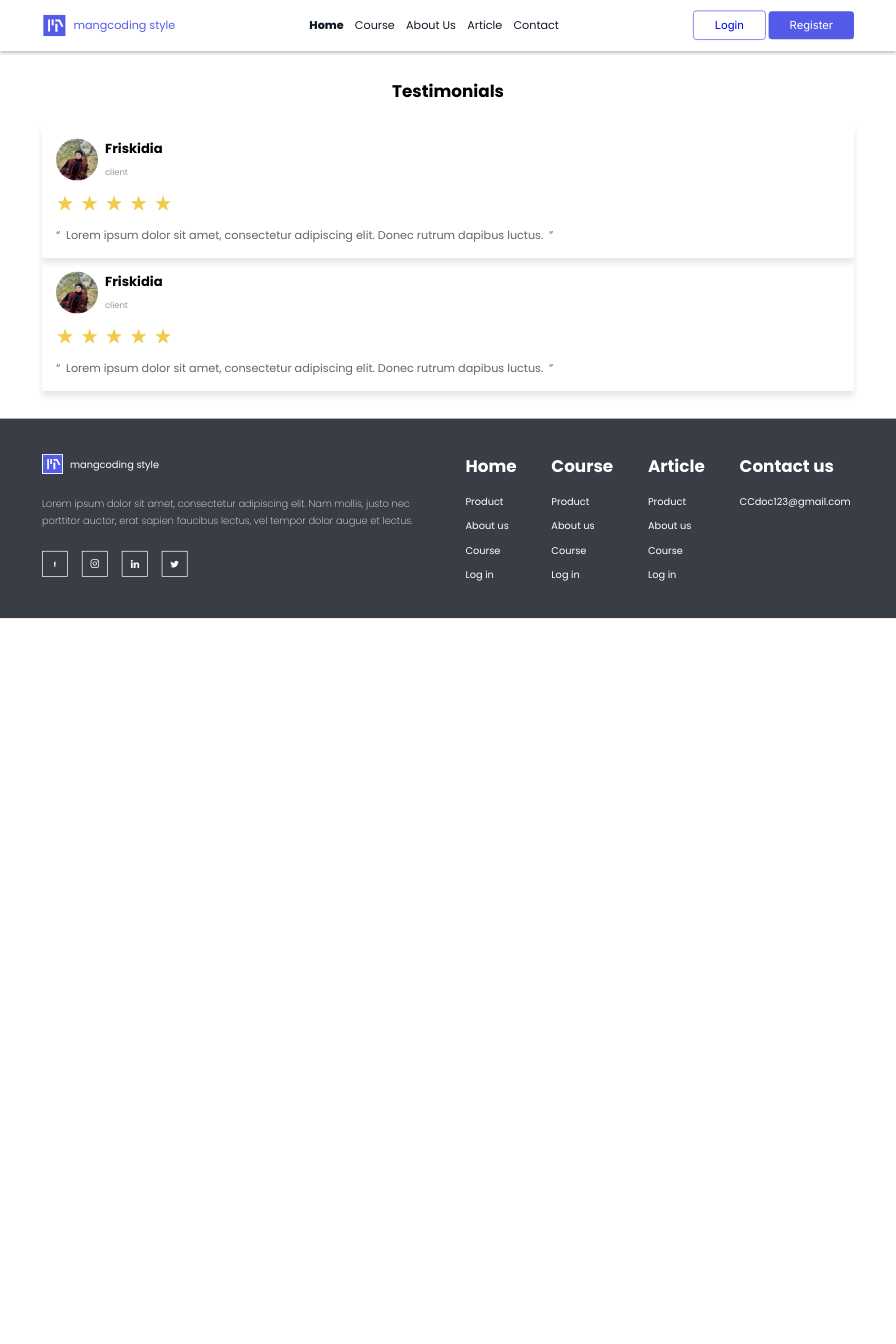
Repository: Dania-Alqam/landing-page
Page: index.html
These files come from the project's save history. The page is drawn as it stood at one moment and after a run of saves; the edit follows.
The browser window is 1280 px wide. The pictures show the part of the page from y = 0 to 1920 px (the page is 5000 px tall), at 70% of full size.

Above is the page before, as saved 2024-06-22 17:18:03.

### index.html
<!DOCTYPE html>
<html lang="en">

<head>
    <meta charset="UTF-8" />
    <meta name="viewport" content="width=device-width, initial-scale=1.0" />
    <title>Document</title>
    <link rel="stylesheet" href="./assests/css/main.css" />
</head>

<body>
    <header class="header">
        <div class="container">
            <div class="row">
                <div class="logo">
                    <img src="./assests/images/public/Logo.svg" alt="logo" />
                    <a href="#">mangcoding style</a>
                </div>
                <nav class="nav">
                    <ul>
                        <li>
                            <a href="#" class="active">Home</a>
                        </li>
                        <li>
                            <a href="#">Course</a>
                        </li>
                        <li>
                            <a href="#">About Us</a>
                        </li>
                        <li>
                            <a href="#">Article</a>
                        </li>
                        <li>
                            <a href="#">Contact</a>
                        </li>
                    </ul>
                </nav>
                <div class="auth">
                    <a href="#">Login</a>
                    <a href="#">Register</a>
                </div>
            </div>
        </div>
    </header>

    <main>
        <section class="testimonials">
            <h2>
                Testimonials
            </h2>
            <div class="container">
                <div class="row">
                    <div class="testimonial">
                        <div class="user-info">
                            <img src="assests/images/clients/client1.jpeg" />
                            <div class="user-data">
                                <h3>Friskidia</h3>
                                <span>client</span>
                            </div>
                        </div>
                        <div class="ratings">
                            <img src="./assests/images/public/Star.svg" alt="stars" />
                            <img src="./assests/images/public/Star.svg" alt="stars" />
                            <img src="./assests/images/public/Star.svg" alt="stars" />
                            <img src="./assests/images/public/Star.svg" alt="stars" />
                            <img src="./assests/images/public/Star.svg" alt="stars" />

                        </div>
                        <blockquote>
                            <q>
                                <p> Lorem ipsum dolor sit amet, consectetur adipiscing elit. Donec rutrum dapibus
                                    luctus.
                                </p>

                            </q>
                        </blockquote>
                    </div>
                    <div class="testimonial">
                        <div class="user-info">
                            <img src="assests/images/clients/client1.jpeg" />
                            <div class="user-data">
                                <h3>Friskidia</h3>
                                <span>client</span>
                            </div>
                        </div>
                        <div class="ratings">
                            <img src="./assests/images/public/Star.svg" alt="stars" />
                            <img src="./assests/images/public/Star.svg" alt="stars" />
                            <img src="./assests/images/public/Star.svg" alt="stars" />
                            <img src="./assests/images/public/Star.svg" alt="stars" />
                            <img src="./assests/images/public/Star.svg" alt="stars" />

                        </div>
                        <blockquote>
                            <q>
                                <p> Lorem ipsum dolor sit amet, consectetur adipiscing elit. Donec rutrum dapibus
                                    luctus.
                                </p>                            </q>
                        </blockquote>
                    </div>
                </div>
            </div>

        </section>
    </main>
    <footer class="footer">
        <div class="container">
            <div class="row">
                <div class="footer-start">
                    <div class="logo">
                        <img src="./assests/images/public/Logo.svg" alt="logo" />
                        <a href="#">mangcoding style</a>
                    </div>
                    <p>
                        Lorem ipsum dolor sit amet, consectetur adipiscing elit. Nam
                        mollis, justo nec porttitor auctor, erat sapien faucibus lectus,
                        vel tempor dolor augue et lectus.
                    </p>
                    <div class="icons">
                        <a href="#"><img src="./assests/images/public/facebok.svg" /></a>
                        <a href="#"><img src="./assests/images/public/instagram.svg" /></a>
                        <a href="#"><img src="./assests/images/public/linkedin.svg" /></a>
                        <a href="#"><img src="./assests/images/public/twitter.svg" /></a>
                    </div>
                </div>
                <div class="footer-end">
                    <div class="row">
                        <div class="footer-item">
                            <h2>
                                Home
                            </h2>
                            <ul>
                                <li>
                                    <a href="#">Product</a>
                                </li>
                                <li>
                                    <a href="#">About us</a>
                                </li>
                                <li>
                                    <a href="#">Course</a>
                                </li>
                                <li>
                                    <a href="#">Log in</a>
                                </li>
                            </ul>
                        </div>
                        <div class="footer-item">
                            <h2>
                                Course
                            </h2>
                            <ul>
                                <li>
                                    <a href="#">Product</a>
                                </li>
                                <li>
                                    <a href="#">About us</a>
                                </li>
                                <li>
                                    <a href="#">Course</a>
                                </li>
                                <li>
                                    <a href="#">Log in</a>
                                </li>
                            </ul>
                        </div>
                        <div class="footer-item">
                            <h2>
                                Article
                            </h2>
                            <ul>
                                <li>
                                    <a href="#">Product</a>
                                </li>
                                <li>
                                    <a href="#">About us</a>
                                </li>
                                <li>
                                    <a href="#">Course</a>
                                </li>
                                <li>
                                    <a href="#">Log in</a>
                                </li>
                            </ul>
                        </div>
                        <div class="footer-item">
                            <h2>
                                Contact us
                            </h2>
                            <ul>
                                <li>
                                    <a href="#">CCdoc123@gmail.com</a>
                                </li>

                        </div>
                    </div>
                </div>
            </div>
        </div>
    </footer>
</body>

</html>

### assests/css/main.css
@import url(./public.css);

/* start header */
.header {
  position: sticky;
  top: 0;
  box-shadow: 0px 4px 4px rgba(0, 0, 0, 0.25);
  padding: 20px 0;
  background-color: #fff;
}

.nav ul {
  display: flex;
  flex-wrap: wrap;
  gap: 16px;
}
.header .logo {
  display: flex;
  flex-wrap: wrap;
  align-items: center;
  gap: 10px;
}
.header .logo img {
  width: 35px;
}

.header .logo a {
  color: var(--mainColor);
}

.header .nav a {
  color: #101928;
}

.header .nav a:hover {
  color: var(--mainColor);
}
/* For the home bold*/
.active {
  font-weight: 800;
}
/* common properities*/
.header .auth a {
  font-family: var(--subFont);
  padding: 10px 30px;
  border-radius: 5px;
}
.header .auth a:first-of-type {
  border: 1px solid var(--mainColor);
}
.header .auth a:last-of-type {
  background-color: var(--mainColor);
  color: white;
}
@media (max-width: 900px) {
  .header .nav {
    display: none;
  }
}
/* end header */

/* start testemonials*/
.testimonials {
  text-align: center;
  padding: 40px 0;
}
.testimonials .row {
  /* gap: 40px; */
}

.testimonials h2 {
  margin-bottom: 30px;
}
.testimonial {
  display: flex;
  flex-direction: column;
  gap: 20px;
  align-items: flex-start;
  width: 100%;
  box-shadow: 0px 8.23719596862793px 8.23719596862793px rgba(0, 0, 0, 0.1);
  padding: 20px;

}
.testimonial .user-info img {
  width: 60px;
  height: 60px;
  border-radius: 50%;
}

.testimonial .user-info {
  display: flex;
  flex-wrap: wrap;
  gap: 10px;
}
.testimonial .user-info .user-data {
  display: flex;
  flex-direction: column;
  gap: 10px;
  flex-wrap: wrap;
  align-items: start;
}

.testimonial .user-info .user-data span {
  font-size: 12px;
  color: #969696;
}

.testimonial .ratings {
  display: flex;
  flex-wrap: wrap;
  gap: 10px;
}

.testimonial q{
    color: #646464;
}

.testimonial blockquote p{
    display: inline-block;
    padding: 0 4px;
}
/* start footer */
.footer {
  background-color: #393e46;
  padding: 50px 0;
}

.footer a,
.footer h2 {
  color: #fff;
}

.footer .footer-start,
.footer .footer-end {
  width: calc((100% - 40px) / 2);
}

.footer .row {
  gap: 40px;
}

.footer .footer-start {
  display: flex;
  flex-direction: column;
  gap: 30px;
  flex-wrap: wrap;
}

.footer .footer-start .logo {
  display: flex;
  flex-wrap: wrap;
  gap: 10px;
  align-items: center;
}
.footer .footer-start .logo img {
  width: 30px;
}
.footer .footer-start .logo a {
  font-size: 14px;
}
.footer .footer-start p {
  color: #f4f4f4;
  line-height: 25px;
  font-size: 14px;
  font-weight: 200;
}
.footer .footer-start .icons {
  display: flex;
  flex-wrap: wrap;
  gap: 20px;
}
.footer .footer-start .icons img {
  width: 15px;
  height: 15px;
  border: 1px solid #fff;
  padding: 10px;
  box-sizing: content-box;
}

.footer-end .row {
  align-items: start;
  justify-content: space-around;
}
.footer-end .footer-item {
  display: flex;
  flex-direction: column;
  flex-wrap: wrap;
  gap: 20px;
}
.footer-end .footer-item ul {
  display: flex;
  flex-direction: column;
  flex-wrap: wrap;
  gap: 10px;
}
.footer-end .footer-item a {
  font-size: 14px;
}

/* end footer */

### assests/images/public/Star.svg
<svg width="25" height="25" viewBox="0 0 10 9" fill="none" xmlns="http://www.w3.org/2000/svg">
<path d="M5.00313 0.422667C5.06478 0.232942 5.33319 0.232942 5.39483 0.422668L6.26237 3.09266C6.28994 3.17751 6.36901 3.23496 6.45822 3.23496H9.26562C9.46511 3.23496 9.54805 3.49023 9.38666 3.60749L7.11543 5.25764C7.04325 5.31007 7.01305 5.40302 7.04062 5.48787L7.90815 8.15787C7.9698 8.34759 7.75265 8.50536 7.59126 8.3881L5.32003 6.73796C5.24785 6.68552 5.15012 6.68552 5.07794 6.73796L2.80671 8.3881C2.64532 8.50536 2.42817 8.34759 2.48981 8.15787L3.35735 5.48787C3.38492 5.40302 3.35472 5.31007 3.28254 5.25764L1.01131 3.60749C0.849916 3.49023 0.93286 3.23496 1.13235 3.23496H3.93975C4.02896 3.23496 4.10803 3.17751 4.1356 3.09266L5.00313 0.422667Z" fill="#F1CC4A"/>
</svg>

### assests/css/public.css
@import url('https://fonts.googleapis.com/css2?family=Poppins:ital,wght@0,100;0,200;0,300;0,400;0,500;0,600;0,700;0,800;0,900;1,100;1,200;1,300;1,400;1,500;1,600;1,700;1,800;1,900&display=swap');
@import url('https://fonts.googleapis.com/css2?family=Inter:wght@100..900&display=swap');

*{
    margin: 0;
    padding: 0;
    box-sizing: border-box;
}
:root{
    --mainFont: "Poppins", sans-serif;
    --subFont:  "Inter", sans-serif;
    --mainColor: #545BE8;

}
body{
    font-family: var(--mainFont);
    height: 5000px;
}
a{
    text-decoration: none;
}
ul{
    list-style: none;
}
.row{
    display: flex;
    justify-content: space-between;
    align-items: center;
    flex-wrap: wrap;

}

.container{
    /* width from figma is 60px from each side*/
    width: calc(100% - 120px);
    margin: auto;
}

After the next 2 saves:
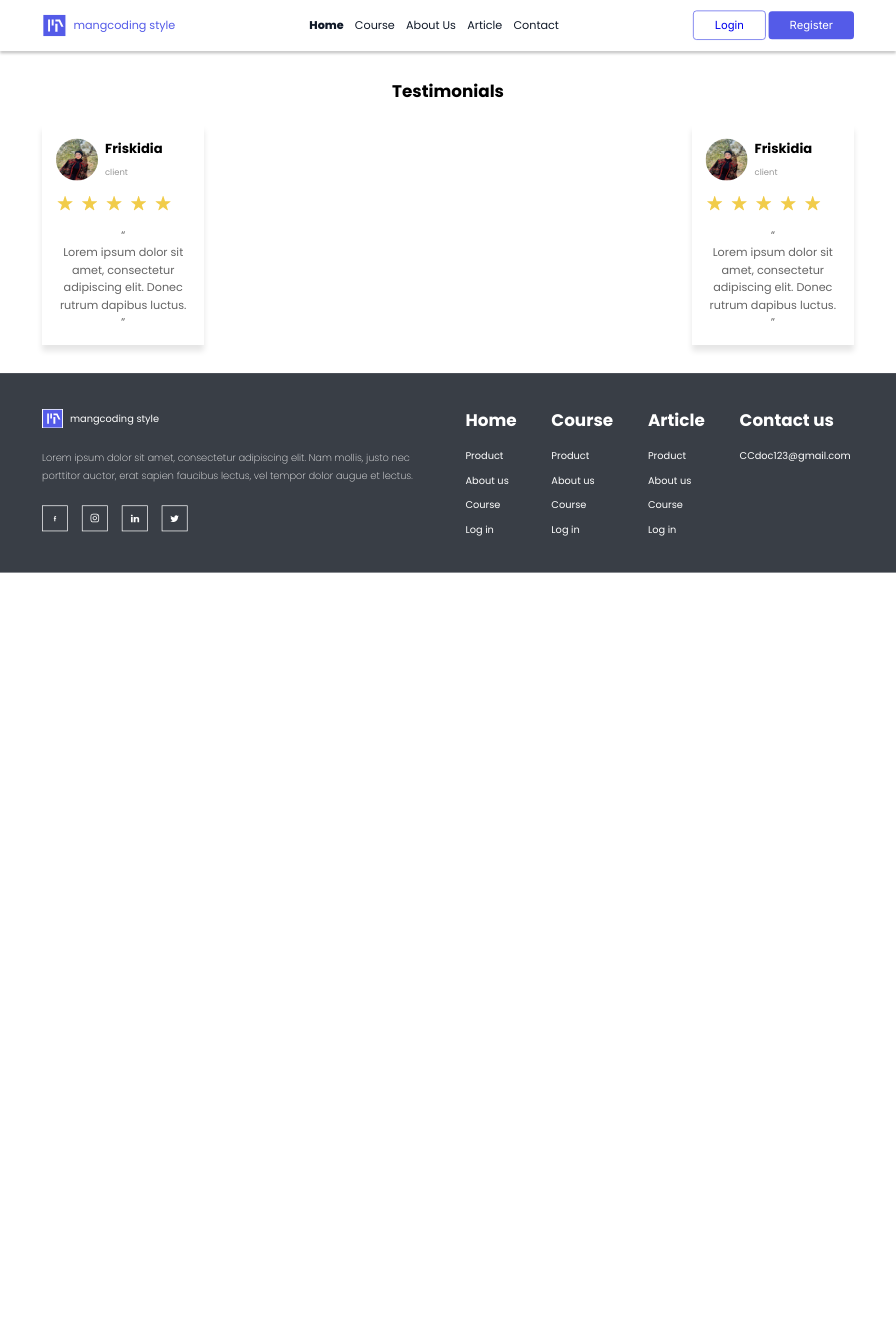
The 2 saves are shown as one change because they came seconds apart.
The last was saved 9 s later.
--- a/assests/css/main.css
+++ b/assests/css/main.css
@@ -76,7 +76,7 @@
   flex-direction: column;
   gap: 20px;
   align-items: flex-start;
-  width: 100%;
+  width: 20%;
   box-shadow: 0px 8.23719596862793px 8.23719596862793px rgba(0, 0, 0, 0.1);
   padding: 20px;
 
